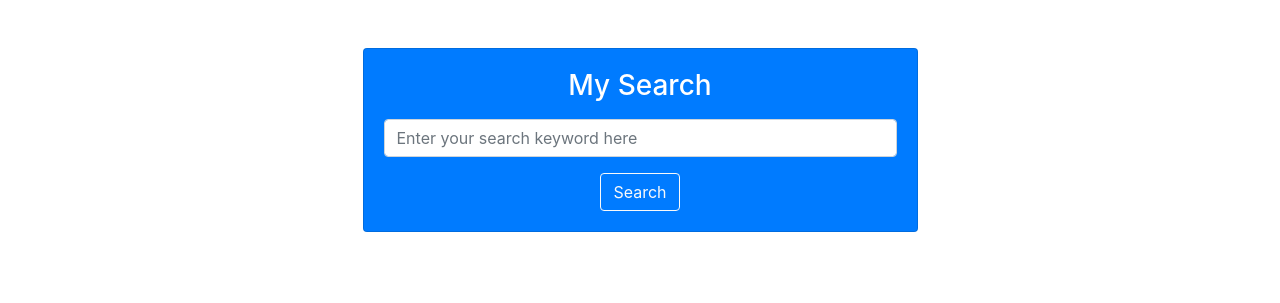
Repository: modinilesh/SpringMVC
Page: http://localhost/springmvcsearch/home
An editor plug-in stored every save of this project. The page is shown before and after the next save, followed by the edit.
The browser window is 1280 px wide. The pictures show the whole page.
Some web libraries are served in a nearby version. The page is served by Tomcat 9.

Above is the page before, as saved 2023-10-20 07:28:07.

After the next save:
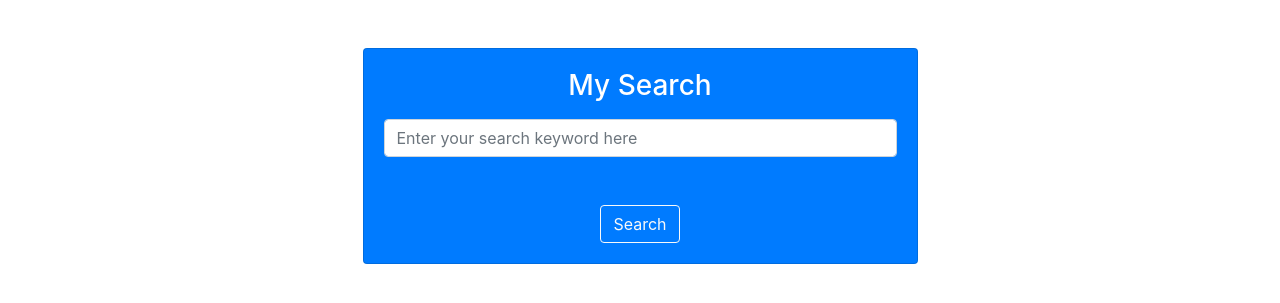
Saved 28 s later.
--- a/springmvcsearch/src/main/webapp/WEB-INF/views/home.jsp
+++ b/springmvcsearch/src/main/webapp/WEB-INF/views/home.jsp
@@ -31,7 +31,7 @@
 							placeholder="Enter your search keyword here" class="form-control" />
 					</div>
 
-					<div class="container text-center">
+					<div class="container text-center mt-5">
 						<button class="btn btn-outline-light">Search</button>
 					</div>
 
